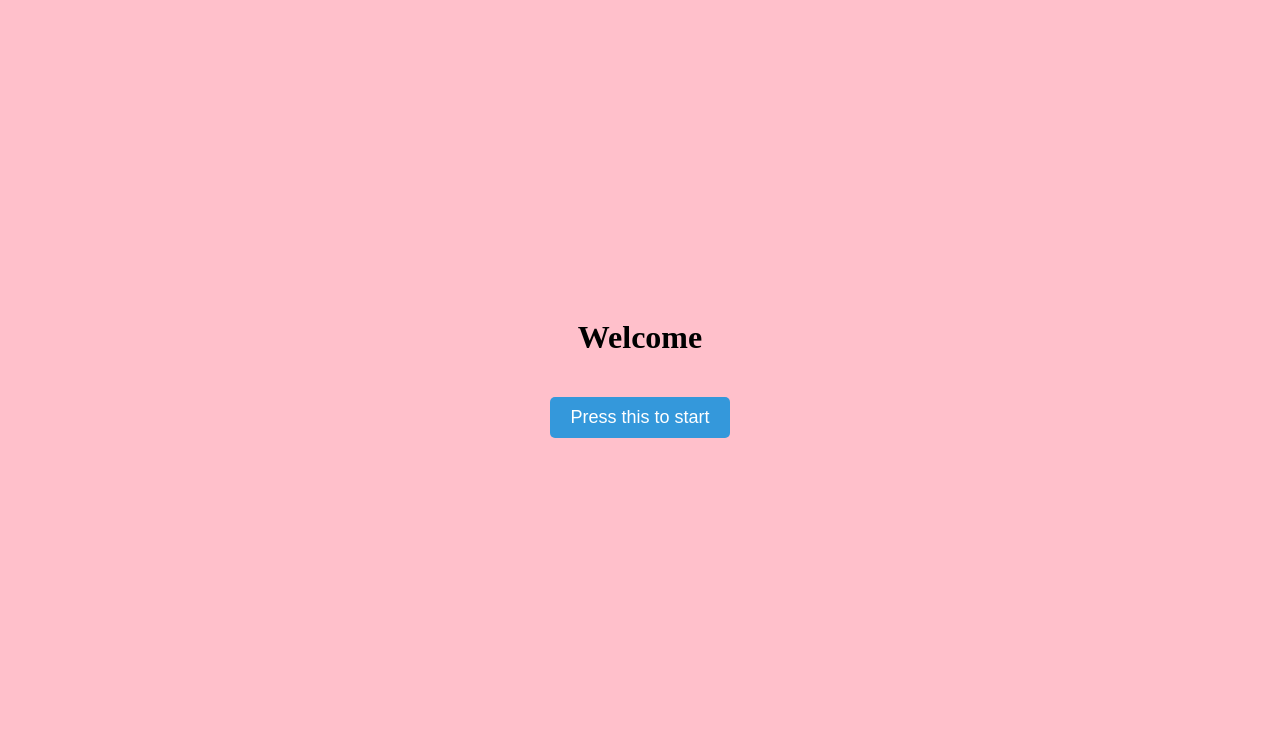
Repository: SnakeXrnt/project-cnf
Page: index.html
The author's editor kept a copy of each file at every save. The page is drawn from the files as they stood at one save, then again after the next save.
The browser window is 1280 px wide. The pictures show the whole page.
Some web fonts or font styles are not loaded; a fallback is used.

Above is the page before, as saved 2024-06-22 14:26:34.

After the next save:
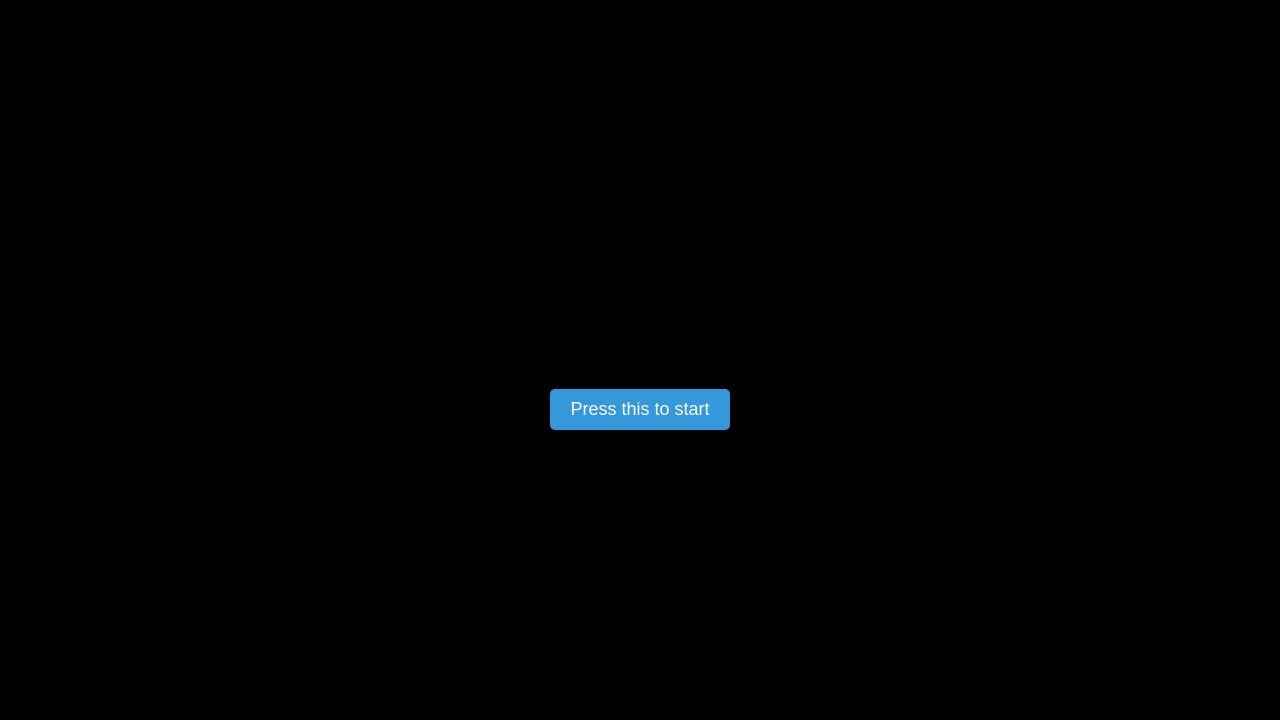
Not found: path/to/your-image.jpg
Saved 99 s later.
--- a/style.css
+++ b/style.css
@@ -22,7 +22,25 @@
 }
 
 body {
-    background-color: pink;
+    margin: 0;
+    padding: 0;
+    font-family: Arial, sans-serif;
+    position: relative;
+    min-height: 100vh;
+    background-color: #000; /* Fallback color */
+}
+
+body::before {
+    content: "";
+    position: absolute;
+    top: 0;
+    left: 0;
+    width: 100%;
+    height: 100%;
+    background: url('path/to/your-image.jpg') no-repeat center center fixed;
+    background-size: cover;
+    opacity: 0.8;
+    z-index: -1;
 }
 
 .spotify {

After the 2 saves that followed:
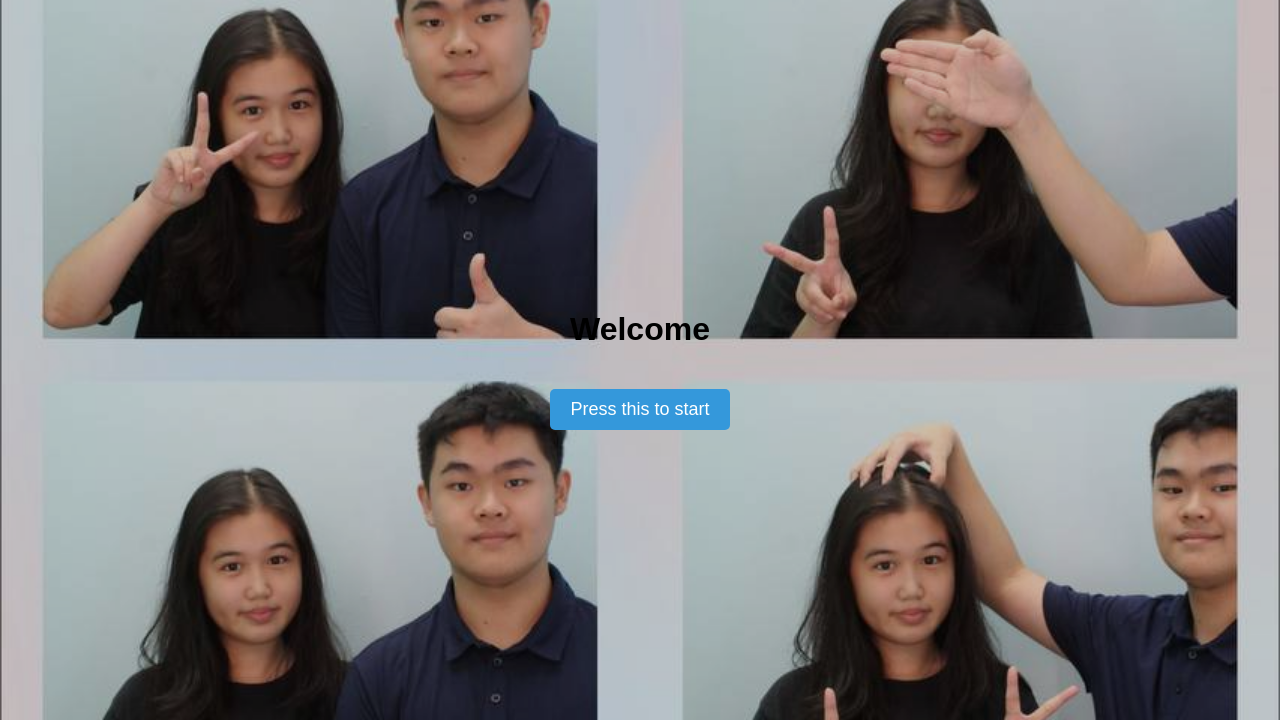
The 2 saves are shown as one change because they came seconds apart.
The last was saved 50 s later.
--- a/style.css
+++ b/style.css
@@ -37,7 +37,7 @@
     left: 0;
     width: 100%;
     height: 100%;
-    background: url('path/to/your-image.jpg') no-repeat center center fixed;
+    background: url('background1.jpg') no-repeat center center fixed;
     background-size: cover;
     opacity: 0.8;
     z-index: -1;
